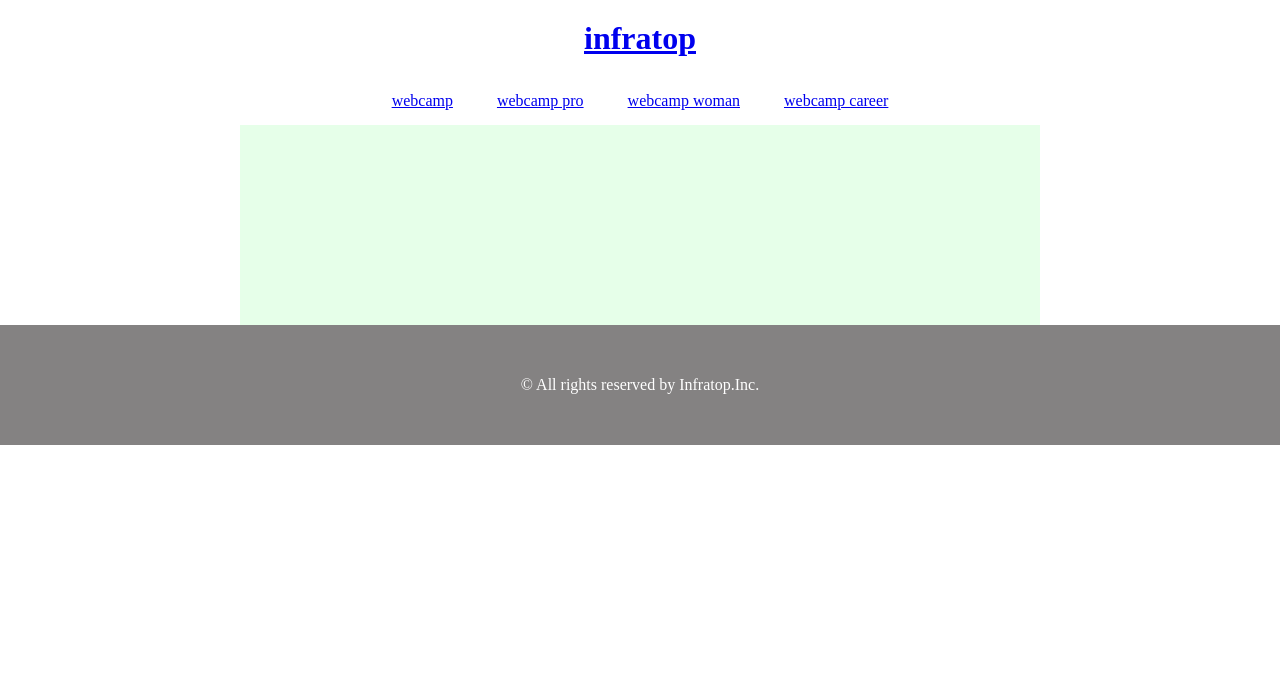
Repository: achoko3/Practice-problem
Page: chapter4/chapter4.html
The author's editor kept a record of every edit. The page is drawn from the files as they stood at one moment, then again after the next edit.
The browser window is 1280 px wide. The pictures show the whole page.

Above is the page before.

### chapter4/chapter4.html
<!DOCTYPE html>
<html lang="ja">
  <head>
    <meta charset="UTF-8" />
    <!-- CSSファイルの読み込み -->
    <link rel="stylesheet" href="chapter4.css" />
    <title>chapter4</title>
  </head>

  <body>
    <header>
      <h1><a href="http://infratop.jp/">infratop</a></h1>
    </header>
    <nav>
      <ul class="nav-list">
        <li class="nav-list-item">
         <a href="http://web-camp.io/" >webcamp</a>
        </li>
        <li class="nav-list-item">
          <a href="http://web-camp.io/pro/" >webcamp pro</a>
        </li>
        <li class="nav-list-item">
          <a href="http://web-camp.io/woman/" >webcamp woman</a>
        </li>
        <li class="nav-list-item">
          <a href="http://web-camp.io/career/" >webcamp career</a>
        </li>
      </ul>
    </nav>
    <!-- box1用のdiv -->

    <div class="main">
      <div class="box1"></div>
      <div class="box2"></div>
      <div class="box3"></div>
      <div class="box4"></div>
      <div class="box5"></div>
      <div class="box6"></div>
      <div class="box7"></div>
      <div class="box8"></div>
      <div class="box9"></div>
      <div class="box10"></div>
      <div class="box11"></div>
      <div class="box12"></div>
    </div>
    <footer>
      <p class="footer-text">© All rights reserved by Infratop.Inc.</p>
    </footer>

  </body>
</html>

### chapter4/chapter4.css
/* ブラウザがそれぞれ持っているCSSをリセットするための記述 */
*{
 margin: 0;
 padding: 0;
 box-sizing: border-box;
}

header{
  width:100%;
  padding:20px 0;
  margin:0 auto;
  text-align:center;
}


.nav-list{
  text-align:center;
  padding:15px 0;
  margin:0 auto;
}

.nav-list-item{
  list-style:none;
  display:inline-block;
  margin:0 20px;
}



.main{
  width:800px;
  display:flex;
  margin:0 auto;
  flex-wrap: wrap;
}

.box1{
  width:200px;
  height:200px;
  background-color:#e6ffe9;
}

.box2{
  width:200px;
  height:200px;
  background-color:#e6ffe9;
}

.box3{
  width:200px;
  height:200px;
  background-color:#e6ffe9;
}

.box4{
  width:200px;
  height:200px;
  background-color:#e6ffe9;
}

footer{
  width:100%;
  height:120px;
  text-align: center;
  line-height: 120px;
  background-color: #848282;
}
.footer-text {
color: #fff;

}

After the next edit:
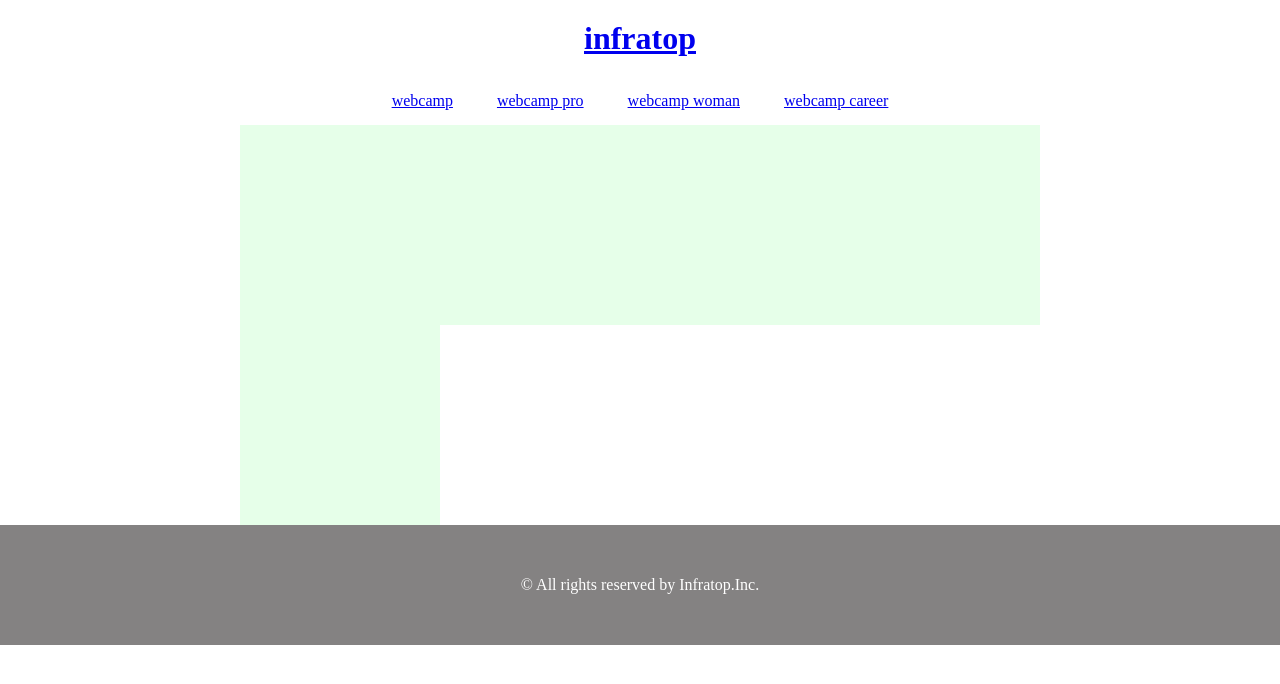
The edit:
--- a/chapter4/chapter4.css
+++ b/chapter4/chapter4.css
@@ -58,6 +58,12 @@
   background-color:#e6ffe9;
 }
 
+.box5{
+  width:200px;
+  height:200px;
+  background-color:#e6ffe9;
+}
+
 footer{
   width:100%;
   height:120px;
